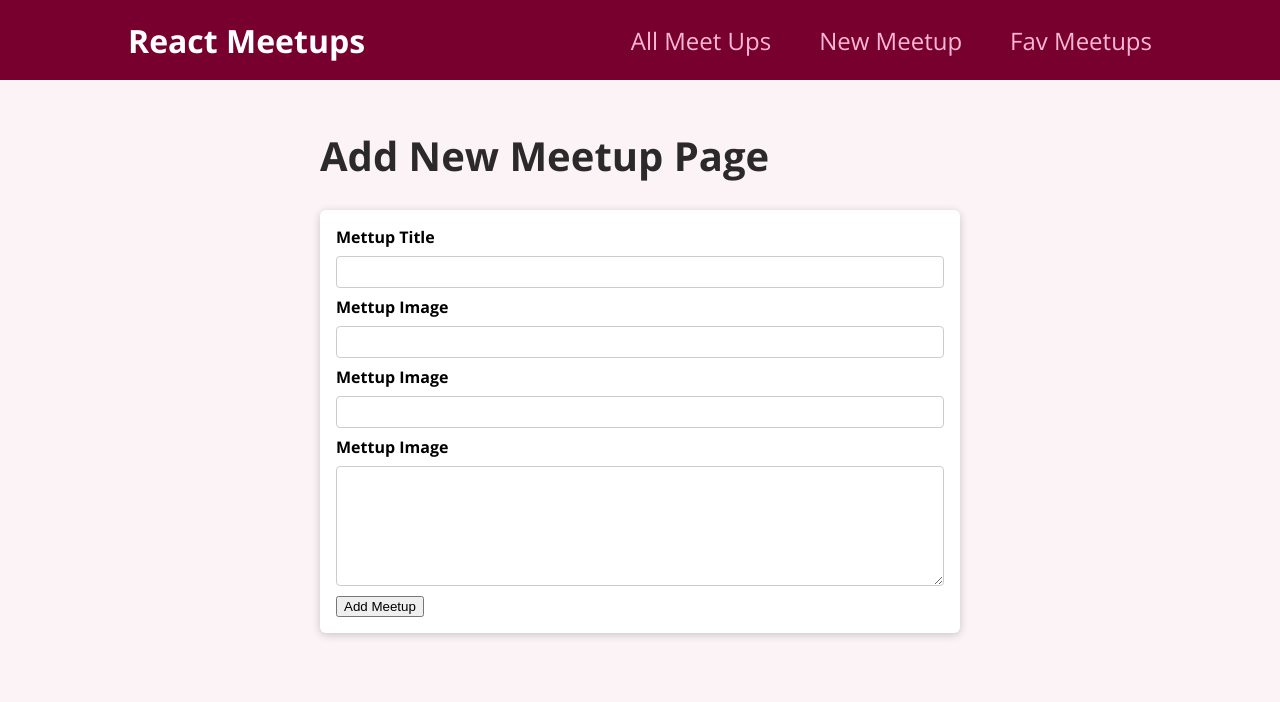
Repository: portretrieve/react-meetup-app
Page: /meet
These files come from the project's save history. The page is drawn as it stood at one moment and after the next save; the edit follows.
The browser window is 1280 px wide. The pictures show the whole page.
The project was rebuilt for these pictures with package versions that can differ from the ones it lists, and the page was loaded fresh each time. A package was used in the major version that the imports need, not the one package.json lists. Also part of the build but not shown: src/components/meetups/MeetupList.module.css, src/components/meetups/Meetupitem.module.css, src/components/meetups/MeetupItem.js, src/components/meetups/MeetupList.js, src/pages/AllMeetups.js, src/pages/Favourites.js.

Above is the page before, as saved 2021-08-19 01:12:29.

### src/App.js
import { Route, Switch } from "react-router-dom";

import AllMeetupsPage from "./pages/AllMeetups";
import FavouritesPage from "./pages/Favourites";
import NewMeetupPage from "./pages/NewMeetup";
import Layout from "./components/layout/Layout";

function App() {
  return (
    <Layout>
      <Switch>
        <Route path="/" exact>
          <AllMeetupsPage />
        </Route>
        <Route path="/meet">
          <NewMeetupPage />
        </Route>
        <Route path="/fav">
          <FavouritesPage />
        </Route>
      </Switch>
    </Layout>
  );
}

export default App;

### src/pages/NewMeetup.js
import NewMeetupForm from "../components/meetups/NewMeetupForm";

function NewMeetupPage() {
  return (
    <div>
      <h1>Add New Meetup Page</h1>
      <NewMeetupForm />
    </div>
  );
}

export default NewMeetupPage;

### src/components/layout/Layout.js
import classes from "./Layout.module.css";
import MainNavigation from "./MainNavigation";
function Layout(props) {
  return (
    <div>
      <MainNavigation></MainNavigation>
      <main className={classes.main}>{props.children}</main>
    </div>
  );
}

export default Layout;

### src/components/meetups/NewMeetupForm.js
import classes from "./NewMeetupForm.module.css";
import Card from "../userInterface/Card";

function NewMeetupForm() {
  return (
    <Card>
      <form className={classes.form}>
        <div className={classes.control}>
          <label htmlFor="title">Mettup Title</label>
          <input type="text" id="title" required />
        </div>
        <div className={classes.control}>
          <label htmlFor="image">Mettup Image</label>
          <input type="url" id="image" required />
        </div>
        <div className={classes.control}>
          <label htmlFor="address">Mettup Image</label>
          <input type="text" id="address" required />
        </div>
        <div className={classes.control}>
          <label htmlFor="description">Mettup Image</label>
          <textarea id="description" required rows="5" />
        </div>
        <div className={classes.action}>
          <button>Add Meetup</button>
        </div>
      </form>
    </Card>
  );
}
export default NewMeetupForm;

### src/components/layout/MainNavigation.js
import { Link } from "react-router-dom";
import classes from "./MainNavigation.module.css";

function MainNavigation() {
  return (
    <header className={classes.header}>
      <div className={classes.logo}>React Meetups</div>
      <nav>
        <ul>
          <li>
            <Link to="/">All Meet Ups</Link>
          </li>
          <li>
            <Link to="/meet">New Meetup</Link>
          </li>
          <li>
            <Link to="/fav">Fav Meetups</Link>
          </li>
        </ul>
      </nav>
    </header>
  );
}

export default MainNavigation;

### src/components/meetups/NewMeetupForm.module.css
.form {
    padding: 1rem;
}

.control {
    margin-bottom: 0.5rem;
}

.control label {
    display: block;
    font-weight: bold;
    margin-bottom: 0.5rem;
}

.control input,
.control textarea {
    display: block;
    font: inherit;
    border-radius: 4px;
    border: 1px solid #ccc;
    padding: 0.25rem;
    width: 100%;
}

.actions {
    margin-top: 1rem;
    text-align: right;
}

.actions button {
    font: inherit;
    cursor: pointer;
    background-color: #77002e;
    color: white;
    padding: 0.5rem 1.5rem;
    border: 1px solid #77002e;
    border-radius: 4px;
    font-weight: bold;
}

.actions button:hover,
.actions button:active {
    background-color: #a50e48;
    border-color: #a50e48;
}

### src/components/userInterface/Card.js
import classes from "./Card.module.css";

function Card({ children }) {
  return <div className={classes.card}>{children}</div>;
}

export default Card;

Loaded but not shown: public/index.html (common file); src/index.js (common file); src/index.css (common file); src/components/layout/Layout.module.css (common file); src/components/layout/MainNavigation.module.css (common file); src/components/userInterface/Card.module.css (common file)

After the next save:
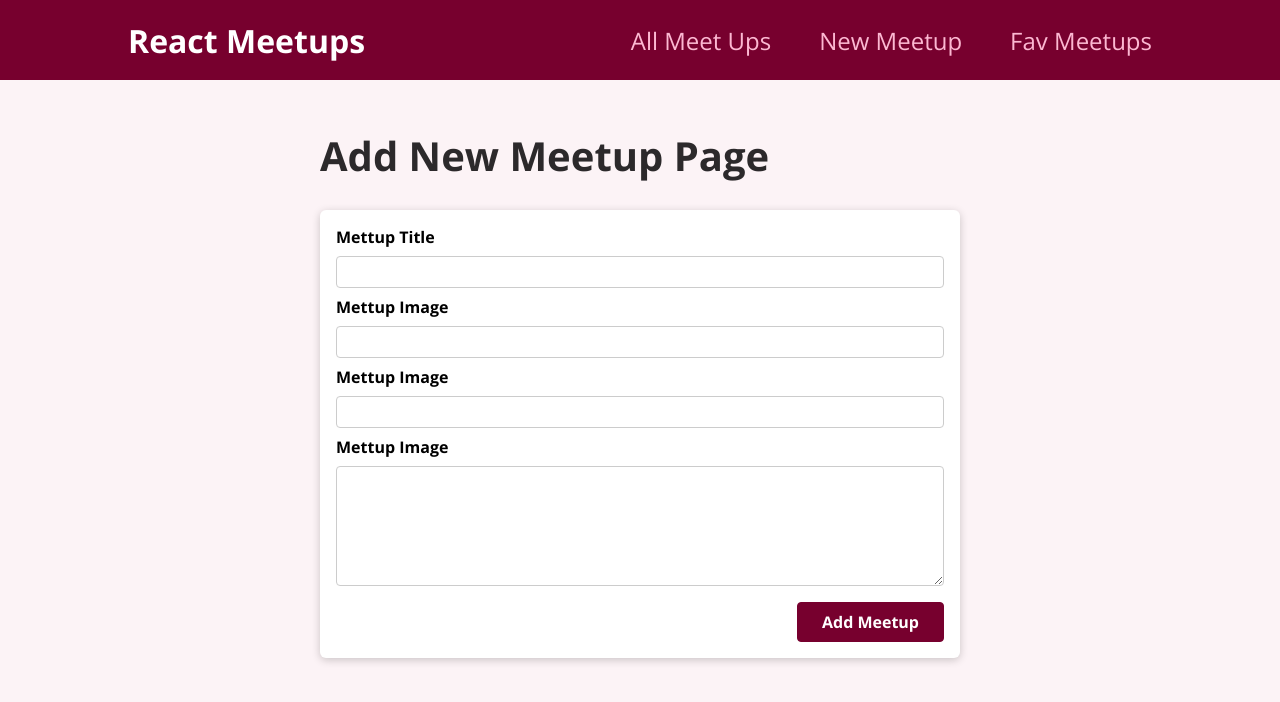
Saved 42 s later.
--- a/src/components/meetups/NewMeetupForm.js
+++ b/src/components/meetups/NewMeetupForm.js
@@ -21,7 +21,7 @@ function NewMeetupForm() {
           <label htmlFor="description">Mettup Image</label>
           <textarea id="description" required rows="5" />
         </div>
-        <div className={classes.action}>
+        <div className={classes.actions}>
           <button>Add Meetup</button>
         </div>
       </form>
